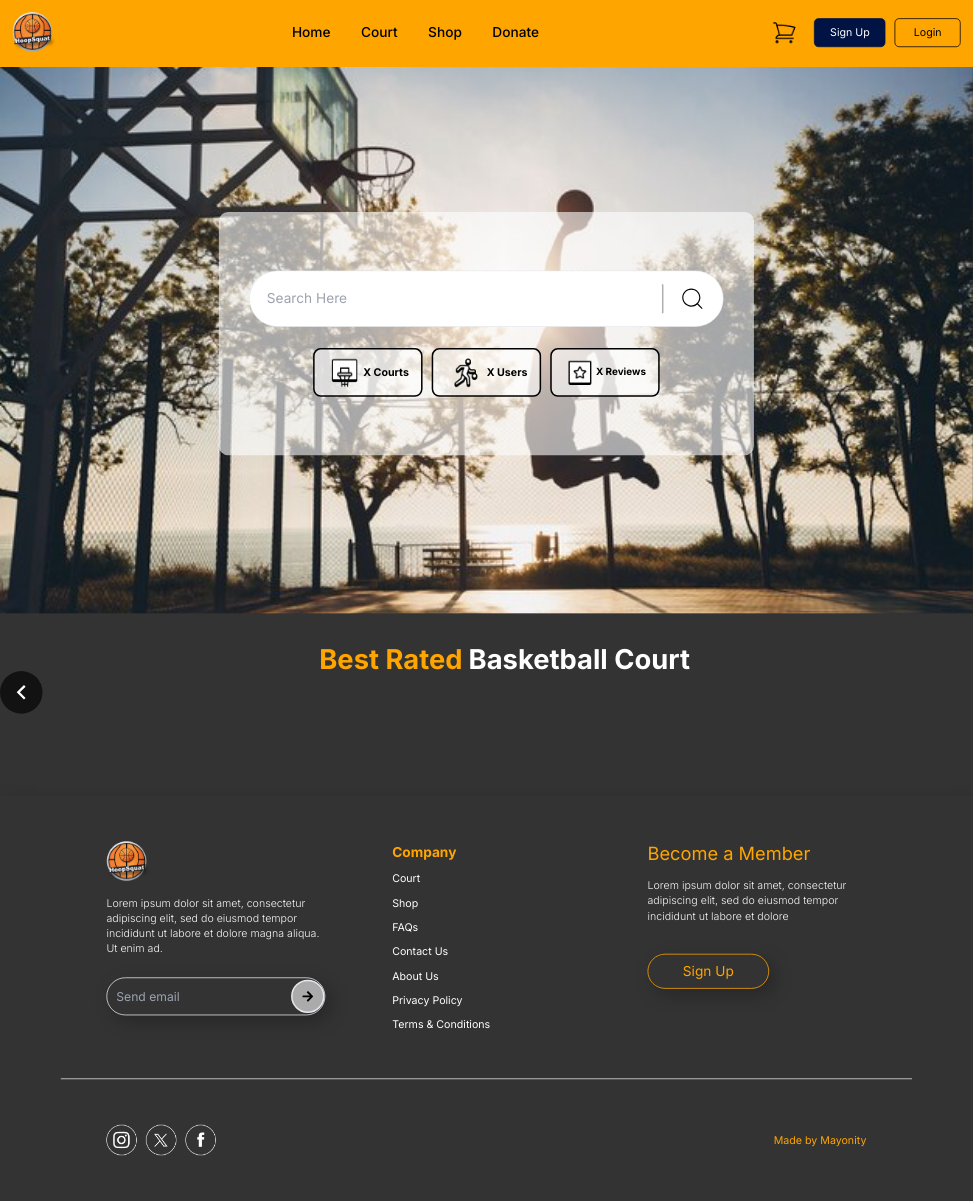
Repository: Abdul-Hannan232/basket-ball-website
Page: /
The author's editor kept a copy of each file at every save. The page is drawn from the files as they stood at one save, then again after a run of saves.
The browser window is 1280 px wide. The pictures show the whole page, at 76% of full size.
The page's requests for data from a server got no answer. The project was rebuilt for these pictures with package versions that can differ from the ones it lists, and the page was loaded fresh each time. The framework's server and built-in components were replaced by stand-ins that run in the browser. No one was signed in, and anything a server would have sent is missing. Also part of the build but not shown: next.config.mjs, app/utils/rating.js.

Above is the page before, as saved 2024-09-15 21:34:04.

After the next 2 saves:
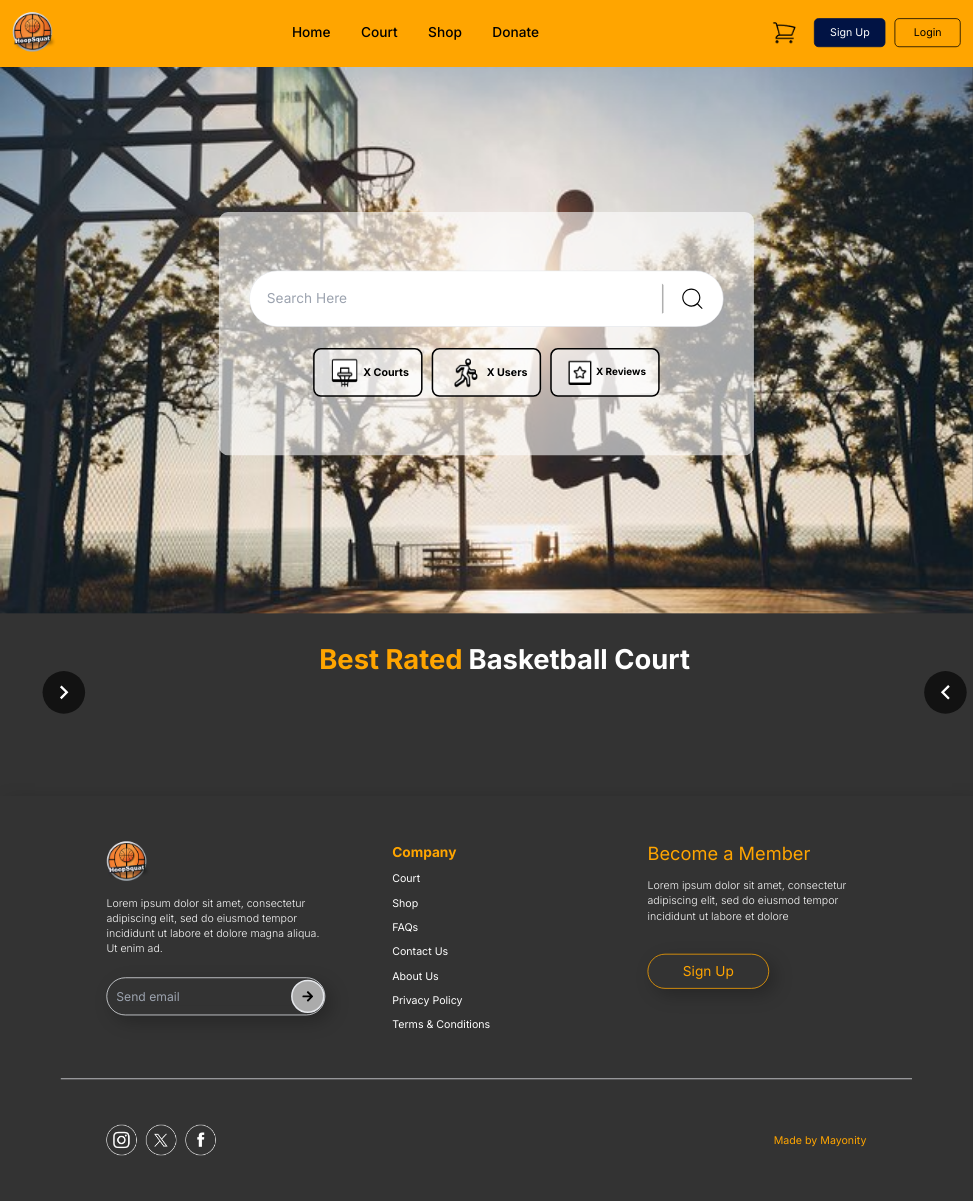
The 2 saves are shown as one change because they came seconds apart.
The last was saved 7 s later.
--- a/app/component/CourtsSlider.js
+++ b/app/component/CourtsSlider.js
@@ -131,6 +131,12 @@
 
                     </Slider>
                     <div style={{ position: 'absolute', transform: 'translateY(-50%)', zIndex: '1' }} className='2xl:top-[45%] lg:top-[65%] top-[35%] md:w-[100%] flex justify-between w-[100%] mx-auto'>
+
+                 <div className='slick- slick-arrow'>
+                            <div className="bg-[#000000A6] text-white text-7xl md:p-[10px] flex items-center justify-center cursor-pointer md:w-14 md:h-14 w-10 h-10 text-center font-bold  rounded-full" onClick={goToNext}>
+                                <MdOutlineKeyboardArrowRight />
+                            </div>
+                        </div>
                         <div className=' slick- slick-arrow md:-ml-14 '>
                             <div onClick={goToPrev} className='bg-[#000000A6] text-white text-7xl md:p-[10px] flex items-center justify-center cursor-pointer md:w-14 md:h-14 w-10 h-10 text-center font-bold  rounded-full'>
                                 <RiArrowLeftSLine />

After the save that followed:
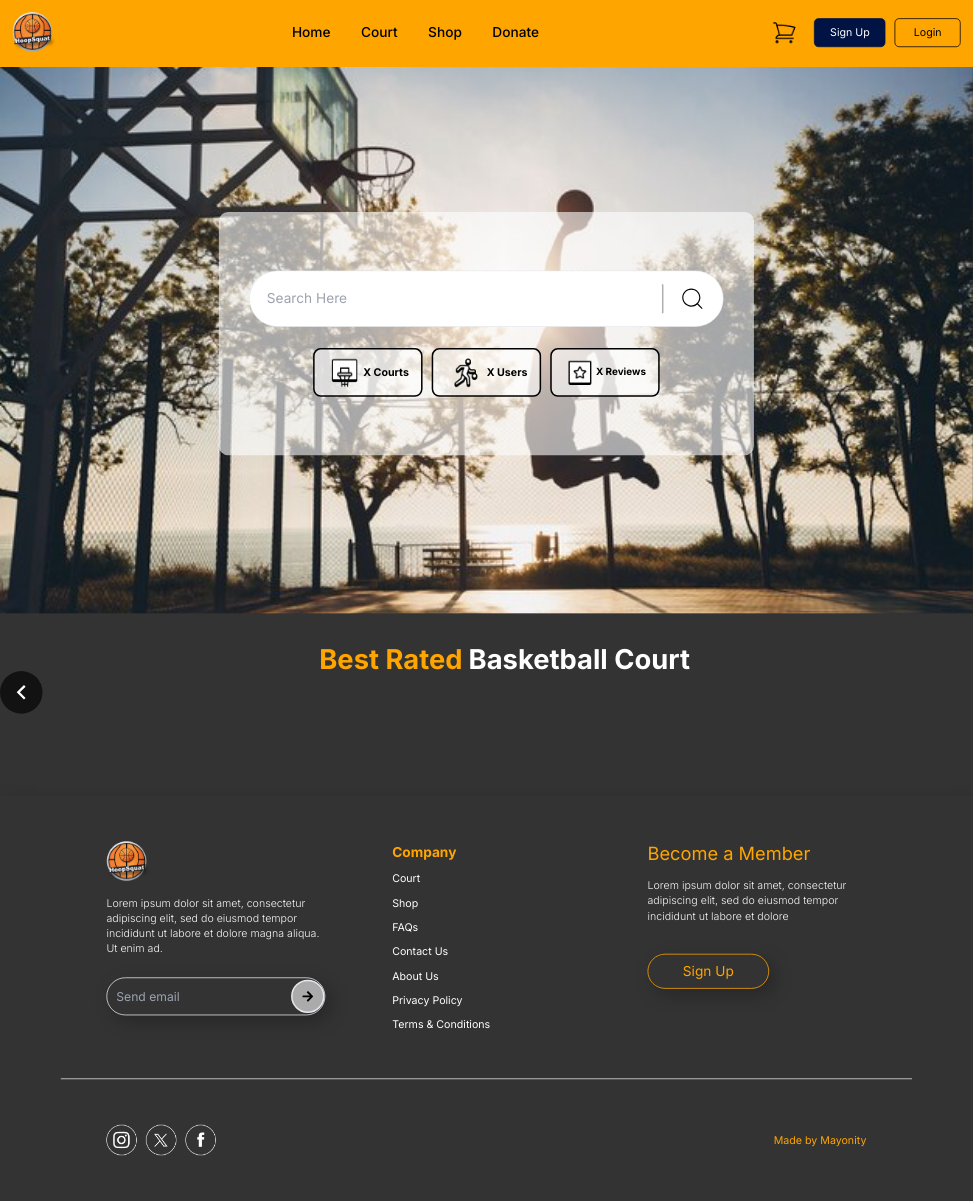
Saved 8 s later.
--- a/app/component/CourtsSlider.js
+++ b/app/component/CourtsSlider.js
@@ -132,11 +132,6 @@
                     </Slider>
                     <div style={{ position: 'absolute', transform: 'translateY(-50%)', zIndex: '1' }} className='2xl:top-[45%] lg:top-[65%] top-[35%] md:w-[100%] flex justify-between w-[100%] mx-auto'>
 
-                 <div className='slick- slick-arrow'>
-                            <div className="bg-[#000000A6] text-white text-7xl md:p-[10px] flex items-center justify-center cursor-pointer md:w-14 md:h-14 w-10 h-10 text-center font-bold  rounded-full" onClick={goToNext}>
-                                <MdOutlineKeyboardArrowRight />
-                            </div>
-                        </div>
                         <div className=' slick- slick-arrow md:-ml-14 '>
                             <div onClick={goToPrev} className='bg-[#000000A6] text-white text-7xl md:p-[10px] flex items-center justify-center cursor-pointer md:w-14 md:h-14 w-10 h-10 text-center font-bold  rounded-full'>
                                 <RiArrowLeftSLine />
